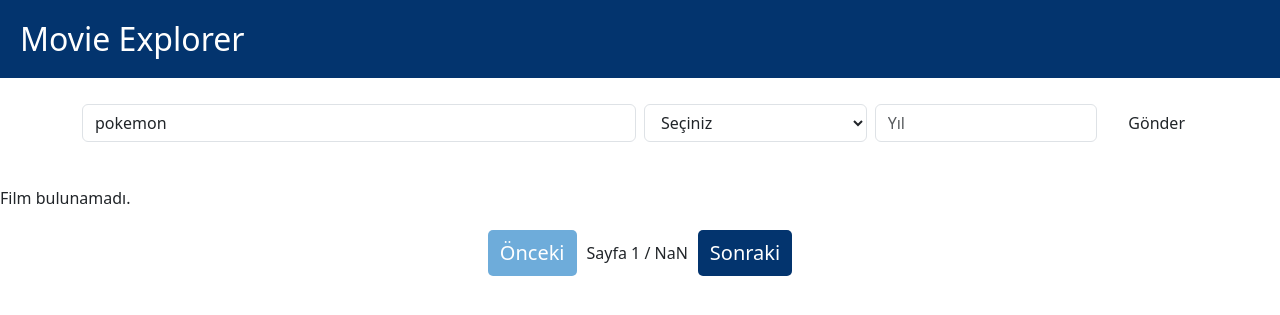
Repository: denizdizi/movie-explorer
Page: /
These files come from the project's save history. The page is drawn as it stood at one moment and after the next save; the edit follows.
The browser window is 1280 px wide. The pictures show the whole page.
The page's requests for data from a server got no answer. The project was rebuilt for these pictures with package versions that can differ from the ones it lists, and the page was loaded fresh each time. No one was signed in, and anything a server would have sent is missing. Also part of the build but not shown: src/App.css, src/components/MovieCard.js, src/pages/MovieDetail.js.

Above is the page before, as saved 2025-03-29 01:15:35.

### src/index.js
import React from 'react';
import ReactDOM from 'react-dom/client';
import './index.css';
import App from './App';
import reportWebVitals from './reportWebVitals';
import { Provider } from 'react-redux';
import store from "./store/store";
import 'bootstrap/dist/css/bootstrap.min.css';
import 'bootstrap/dist/js/bootstrap.bundle.min';

const root = ReactDOM.createRoot(document.getElementById('root'));
root.render(
  <Provider store={store}>
    <App />
  </Provider>
);

// If you want to start measuring performance in your app, pass a function
// to log results (for example: reportWebVitals(console.log))
// or send to an analytics endpoint. Learn more: https://bit.ly/CRA-vitals
reportWebVitals();

### src/App.js
import './App.css';
import React from "react";
import { BrowserRouter as Router, Routes, Route } from "react-router-dom";
import Home from "./pages/Home";
import MovieDetails from "./pages/MovieDetail";
import "./styles/global.scss";

function App() {
  return (
    <Router>
      <Routes>
        <Route path="/" element={<Home />} />
        <Route path="/movie/:id" element={<MovieDetails />} />
      </Routes>
    </Router>
  );
}

export default App;

### src/store/store.js
import { createStore, applyMiddleware, combineReducers } from "redux";
import { thunk } from "redux-thunk";
import movieReducer from "./reducers";

const rootReducer = combineReducers({
  movies: movieReducer,
});

const store = createStore(rootReducer, applyMiddleware(thunk));

export default store;

### src/pages/Home.js
import React, { useEffect, useState } from "react";
import { useDispatch, useSelector } from "react-redux";
import { fetchMovies } from "../store/actions";
import { setPage } from "../store/actions";
import MovieList from "../components/MovieList";
import SearchBar from "../components/SearchBar";
import Pagination from "../components/Pagination";
import { TailSpin } from 'react-loader-spinner';

const Home = () => {
  const dispatch = useDispatch();
  const { movies } = useSelector((state) => state);

  useEffect(() => {
    dispatch(fetchMovies(movies.formData.query, movies.currentPage, movies.formData.type, movies.formData.year));
  }, [dispatch, movies.currentPage]);

  const handlePageChange = (newPage) => {
    dispatch(setPage(newPage));
  };

  return (
    <div>
      <h1 className="page-title">Movie Explorer</h1>
      <SearchBar/>
      {movies.loading && (
        <div className="loading-overlay">
          {/* TailSpin spinner'ını burada gösteriyoruz */}
          <TailSpin
            height="100"
            width="100"
            color="#00BFFF"
            ariaLabel='loading'
          />
        </div>
      )}
      {movies.error && <p>Hata: {movies.error}</p>}
      <MovieList movies={movies} />
      <Pagination
        currentPage={movies.currentPage}
        totalResults={movies.totalResults}
        onPageChange={handlePageChange}
      />
    </div>
  );
};

export default Home;

### src/styles/global.scss
body {
    padding-top: 80px;
    font-family: 'Franklin Gothic Medium', 'Arial Narrow', Arial, sans-serif;
    background-color: #f9f9f9;
}

.movie-list {
    justify-content: center;
}

.movie-line {
  display: flex;
  flex-wrap: wrap;
  align-items: center;
  margin-bottom: 2em;
  background-color: #f9f9f9;
  gap: 2em;
  justify-content: center;
}

.movie-card {
  width: 100%; /* Kartın genişliği */
  height: 300px; /* Kartın yüksekliği */
  border-radius: 10px; /* Köşeleri yuvarlat */
  box-shadow: 0 4px 8px rgba(0, 0, 0, 0.2); /* Gölgelendirme */
  overflow: hidden; /* İçerik taşmasını engelle */
  background-color: #fff; /* Arka plan beyaz */
  display: flex;
  flex-direction: column; /* İçeriği dikey yerleştir */
  align-items: center;
  justify-content: flex-start; /* Başlık ve içerikler üst kısımda yer alsın */
  padding: 10px;
  border: 1px solid #ddd; /* Çerçeve */
}

.img-container {
  width: 100%; /* Konteynerin genişliği */
  height: 60%; /* Resmin yüksekliği */
  overflow: hidden;
  padding: 0; /* Paddingi sıfırlayın */
  display: flex;
  justify-content: center;
  align-items: center; /* Resmin ortalanması için */
  border-radius: 5px;
}

.img-container img {
  width: 100%;
  height: 100%;
  object-fit: cover; /* Resmi konteynere tam sığdır */
  object-position: center;
}

.movie-card h3 {
  margin-top: 10px;
  font-size: 16px;
  text-align: center;
}

@media (max-width: 700px) {
  .movie-line {
    flex-direction: column;
  }

  .img-container {
    height: 60%; /* Küçük ekranlarda img-container yüksekliğini azaltın */
  }
}

.search-bar {
    display: flex;
    align-items: center;
    justify-content: center;
    margin: 20px 0;
  }

  .input-wrapper {
    display: flex;
    position: relative;
  }

  .search-input {
    padding: 10px;
    font-size: 1rem;
    border-radius: 5px;
    border: 1px solid #ccc;
    width: 300px;
    transition: all 0.3s ease;
  }

  .search-input:focus {
    border-color: #007bff;
    outline: none;
  }

  .clear-btn {
    position: absolute;
    top: 50%;
    right: 10px;
    transform: translateY(-50%);
    background: none;
    border: none;
    font-size: 18px;
    color: #ccc;
    cursor: pointer;
    transition: color 0.3s;
  }

  .search-btn {
    padding: 10px 20px;
    background-color: #03346E;
    color: white;
    border: none;
    border-radius: 5px;
    cursor: pointer;
    margin-left: 10px;
    font-size: 1rem;
  }

  .search-btn:hover {
    background-color: #0056b3;
  }

  .page-title {
    background-color: #03346E; /* Başlık arkaplan rengini koyu gri yapıyoruz */
    color: #fff; /* Yazı rengini beyaz yapıyoruz */
    padding: 20px; /* Arka planın etrafına biraz boşluk ekliyoruz */
    font-size: 2em; /* Başlık boyutunu büyütüyoruz */
    position: fixed; /* Başlık sabitlenecek */
    top: 0; /* Başlık üstte olacak */
    left: 0; /* Başlık solda olacak */
    width: 100%; /* Başlık tam genişlikte olacak */
    z-index: 1000; /* Başlık, diğer içeriklerin üstünde yer alacak */
    margin-top: 0;
  }

  .loading-overlay {
    position: fixed;
    top: 0;
    left: 0;
    width: 100%;
    height: 100%;
    background-color: rgba(0, 0, 0, 0.5); /* Yarı saydam siyah arka plan */
    display: flex;
    justify-content: center;
    align-items: center;
    z-index: 9999; /* Diğer içeriklerin üstünde olmalı */
  }

  .pagination {
    display: flex;
    justify-content: center;
    align-items: center;
    gap: 10px;
    margin: 20px 0;

    button {
      padding: 8px 12px;
      font-size: 20px;
      cursor: pointer;
      border: none;
      background: #03346E;
      color: white;
      border-radius: 5px;

      &:disabled {
        background: #6EACDA;
        cursor: not-allowed;
      }
    }
  }

### src/store/reducers.js
import { SET_PAGE, SET_FORM_DATA, SET_MOVIE, FETCH_MOVIES_REQUEST, FETCH_MOVIES_SUCCESS, FETCH_MOVIES_FAILURE } from "./actions";

const initialState = {
  formData: {
    query: "pokemon",
    type: "",
    year: "",
    page: 1,
  },
  movies: [],
  totalResults: "0",
  currentPage: 1,
  loading: false,
  error: null,
  searchQuery: "pokemon",
  selectedMovie: null,
};

const movieReducer = (state = initialState, action) => {
  switch (action.type) {
    case SET_PAGE:
      return {
        ...state,
        currentPage: action.payload,
      };
      case SET_FORM_DATA:
        return {
          ...state,
          formData: { ...state.formData, ...action.payload }, // Form verilerini günceller
        };
      case SET_MOVIE:
        return {
          ...state,
          selectedMovie: action.payload,
          loading: false,
        };
    case FETCH_MOVIES_REQUEST:
      return { ...state, loading: true };
    case FETCH_MOVIES_SUCCESS:
      return { ...state, loading: false, movies: action.payload.movies, totalResults: action.payload.totalResults };
    case FETCH_MOVIES_FAILURE:
      return { ...state, loading: false, error: action.payload };
    default:
      return state;
  }
};

export default movieReducer;

### src/store/actions.js
import { searchMovies, getMovieDetails } from "../utils/api";

export const FETCH_MOVIES_REQUEST = "FETCH_MOVIES_REQUEST";
export const FETCH_MOVIES_SUCCESS = "FETCH_MOVIES_SUCCESS";
export const FETCH_MOVIES_FAILURE = "FETCH_MOVIES_FAILURE";
export const SET_PAGE = "SET_PAGE";
export const SET_MOVIE = "SET_MOVIE";

export const fetchMovies = (query = "pokemon", page = 1, type, year, id) => async (dispatch) => {
  dispatch({ type: FETCH_MOVIES_REQUEST });

  try {
    const data = await searchMovies(query, page, type, year);
    dispatch({ type: FETCH_MOVIES_SUCCESS, payload: {movies: data.Search, totalResults: data.totalResults} });
  } catch (error) {
    dispatch({ type: FETCH_MOVIES_FAILURE, payload: error.message });
  }
};

export const fetchMoviesById = (id) => async (dispatch) => {
  dispatch({ type: FETCH_MOVIES_REQUEST });

  try {
    const data = await getMovieDetails(id);
    dispatch({ type: SET_MOVIE, payload: data });
  } catch (error) {
    dispatch({ type: FETCH_MOVIES_FAILURE, payload: error.message });
  }
};

export const setPage = (page) => ({
  type: SET_PAGE,
  payload: page,
});

export const SET_FORM_DATA = "SET_FORM_DATA";

export const setFormData = (formData) => ({
  type: SET_FORM_DATA,
  payload: formData,
});

export const MOVIE = "SET_MOVIE";

export const setMovie = (formData) => ({
  type: SET_MOVIE,
  payload: formData,
});

### src/components/MovieList.js
import React from "react";
import { Row, Col } from "react-bootstrap";
import MovieCard from "./MovieCard";

const MovieList = ({ movies }) => {
  if (!movies || !movies.movies || movies.movies.length === 0) {
    return <p>Film bulunamadı.</p>;
  }

  return (
    <div className="movie-list container mt-4">
    <Row className="g-3 justify-content-center">
      {movies.movies.slice(0, 5).map((movie) => (
        <Col key={movie.imdbID} xs={12} sm={6} md={4} lg={2}>
          <MovieCard movie={movie} />
        </Col>
      ))}
    </Row>
    <Row className="g-3 justify-content-center mt-3">
      {movies.movies.slice(5, 10).map((movie) => (
        <Col key={movie.imdbID} xs={12} sm={6} md={4} lg={2}>
          <MovieCard movie={movie} />
        </Col>
      ))}
    </Row>
  </div>
    // <div className="movie-list">
    //   <div className="row movie-line">
    //     {movies.movies.slice(0, 5).map((movie) => (
    //       <MovieCard key={movie.imdbID} movie={movie} />
    //     ))}
    //   </div>
    //   <div className="row movie-line">
    //     {movies.movies.slice(5, 10).map((movie) => (
    //       <MovieCard key={movie.imdbID} movie={movie} />
    //     ))}
    //   </div>
    // </div>
  );
};

export default MovieList;

### src/components/SearchBar.js
import React, { useState } from "react";
import { fetchMovies } from "../store/actions";
import { useDispatch, useSelector } from "react-redux";
import { setFormData, setPage } from "../store/actions"; // Redux store'dan formData'yı güncellemek için kullanıyoruz

const SearchBar = () => {
  const options = [{
    value: "movie",
    label: "Movie",
  },
  {
    value: "series",
    label: "Series",
  },
  {
    value: "episode",
    label: "Episode",
  }];

  const dispatch = useDispatch();

  const [yearError, setYearError] = useState("");
  const { movies } = useSelector((state) => state);
  const { formData } = movies;


  const handleSubmit = (e) => {
    e.preventDefault();
    if (!yearError || formData.query.trim() !== "") {
      dispatch(setPage(1));
      dispatch(fetchMovies(formData.query, formData.page, formData.type, formData.year));
    }
  };

  const handleChange = (e) => {
    const { name, value } = e.target;
    dispatch(setFormData({ [name]: value }));

    if (name === "year") {
      if (value < 1900 || value > 2025) {
        setYearError("Lütfen 1900 ile 2025 arasında bir yıl giriniz.");
      } else {
        setYearError("");
      }
    }
  };

  const isSubmitDisabled = !formData.query.trim();

  return (
    <div className="container mt-4" style={{ height: "90px" }}>
      <form onSubmit={handleSubmit}>
        <div className="row g-2">
          <div className="col-6">
            <input type="text" className="form-control" placeholder="Search" onChange={handleChange} name="query" value={formData.query}/>
          </div>
          <div className="col">
            <select className="form-control" style={{ appearance: "auto" }} onChange={handleChange} name="type" value={formData.type}>
              <option value="">Seçiniz</option>
              {options.map((option, index) => (
                <option key={index} value={option.value}>{option.label}</option>
              ))}
            </select>         </div>
          <div className="col">
            <input
              type="number"
              className="form-control"
              placeholder="Yıl"
              min="1900"
              max="2025"
              onChange={handleChange}
              name="year"
              value={formData.year}
            />
            {yearError && <small className="text-danger">{yearError}</small>}
          </div>
          <div className="col-auto">
            <button type="submit" className="btn search-btn" disabled={isSubmitDisabled}>Gönder</button>
          </div>
        </div>
      </form>
    </div>
  );
};

export default SearchBar;

### src/components/Pagination.js
import React from "react";

const Pagination = ({currentPage, totalResults, onPageChange}) => {
  const totalPages = Math.ceil(totalResults / 10);

  const handleNext = () => {
    if (currentPage < totalPages) {
      onPageChange(currentPage + 1);
    }
  };

  const handlePrev = () => {
    if (currentPage > 1) {
      onPageChange(currentPage - 1);
    }
  };

  return (
    <div className="pagination">
      <button onClick={handlePrev} disabled={currentPage === 1}>
        Önceki
      </button>
      <span>Sayfa {currentPage} / {totalPages}</span>
      <button onClick={handleNext} disabled={currentPage === totalPages}>
        Sonraki
      </button>
    </div>
  );
};

export default Pagination;

### src/utils/api.js
import axios from "axios";

const API_KEY = "df54e6ed";
const BASE_URL = "https://www.omdbapi.com/";

export const searchMovies = async (text, page, type, year) => {
  try {
    const response = await axios.get(BASE_URL, {
      params: {
        apikey: API_KEY,
        s: text,
        y: year,
        type: type,
        page: page,
      },
    });
    return response.data;
  } catch (error) {
    console.error("Film arama hatası:", error);
    return [];
  }
};

export const getMovieDetails = async (movieID) => {
  try {
    const response = await axios.get(BASE_URL, {
      params: {
        apikey: API_KEY,
        i: movieID,
      },
    });
    return response.data;
  } catch (error) {
    console.error("Film detaylarını getirme hatası:", error);
    return null;
  }
};

Loaded but not shown: public/index.html (common file); src/index.css (common file); src/reportWebVitals.js (common file); src/styles/movie.scss (no stored copy; drawn as an empty file)

After the next save:
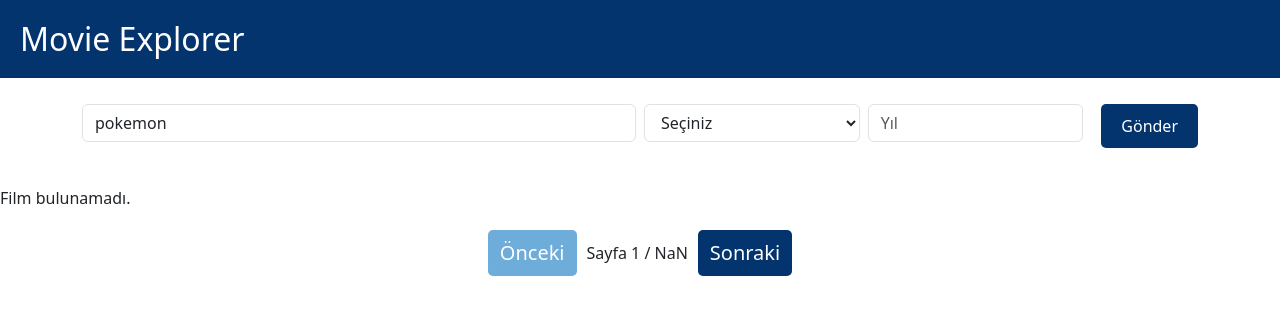
Saved 16 s later.
--- a/src/components/SearchBar.js
+++ b/src/components/SearchBar.js
@@ -75,7 +75,7 @@ const SearchBar = () => {
             {yearError && <small className="text-danger">{yearError}</small>}
           </div>
           <div className="col-auto">
-            <button type="submit" className="btn search-btn" disabled={isSubmitDisabled}>Gönder</button>
+            <button type="submit" className="search-btn" disabled={isSubmitDisabled}>Gönder</button>
           </div>
         </div>
       </form>
